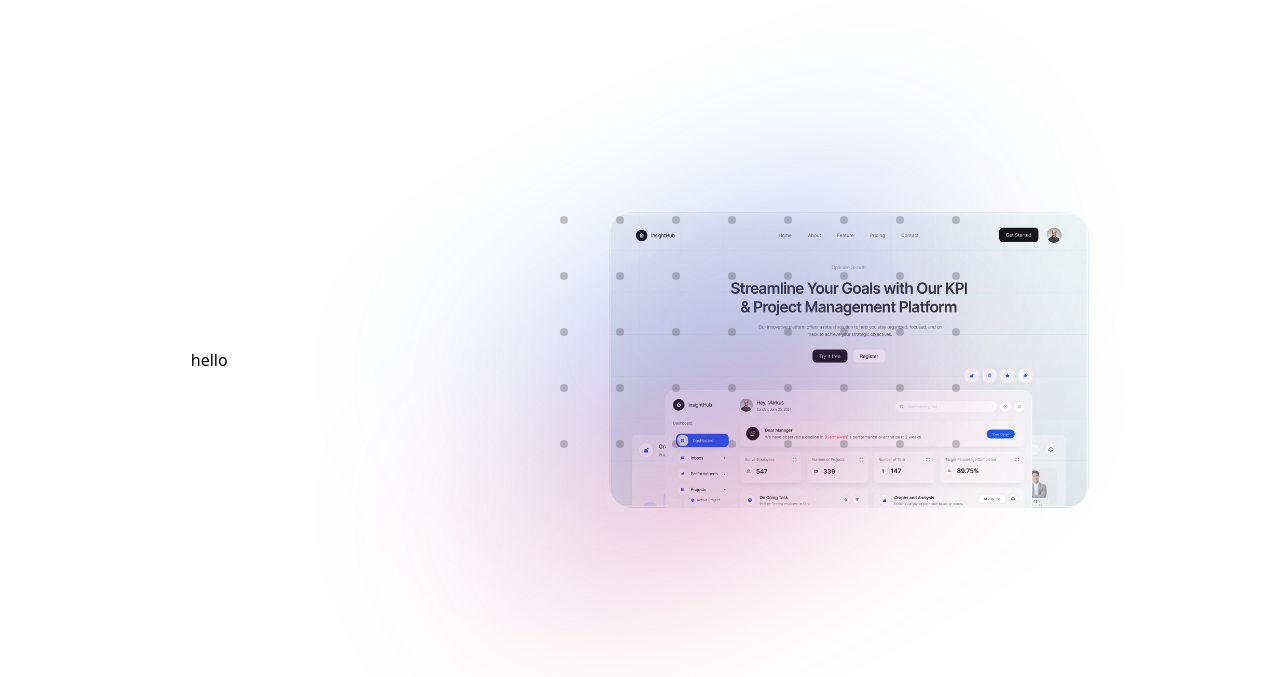
Repository: 30namp/youtube-web-art-code
Page: stunning landing page 1/index.html
An editor plug-in stored every save of this project. The page is shown before and after the next save, followed by the edit.
The browser window is 1280 px wide. The pictures show the whole page.

Above is the page before, as saved 2024-09-26 18:28:26.

After the next save:
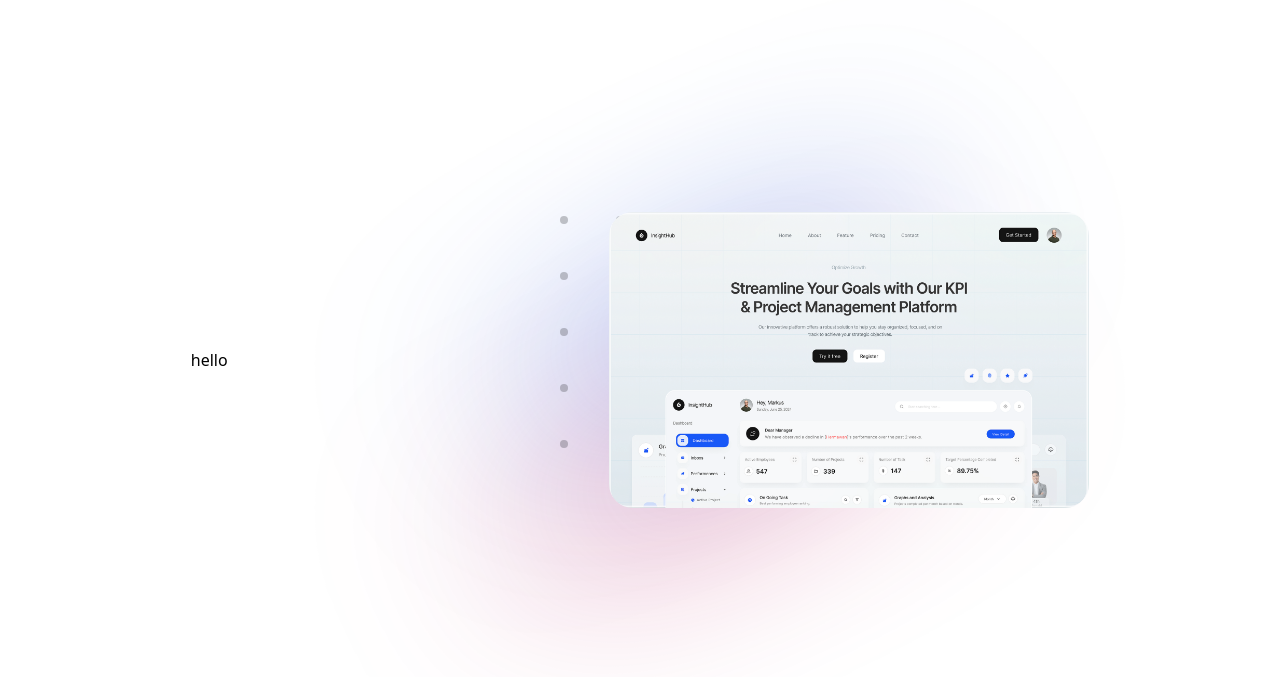
Saved 8 s later.
--- a/stunning landing page 1/index.html
+++ b/stunning landing page 1/index.html
@@ -56,9 +56,9 @@
       <div class="rounded-full bg-zinc-700/30 size-2 shadow-lg"></div>
     </div>
 
-    <div class="hero-section z-20 h-screen flex justify-around items-center">
+    <div class="hero-section h-screen flex justify-around items-center">
       <div class="content">hello</div>
-      <img class="w-[30rem] rounded-3xl" src="./img.png" alt="" />
+      <img class="w-[30rem] rounded-3xl z-10" src="./img.png" alt="" />
     </div>
   </body>
 </html>
